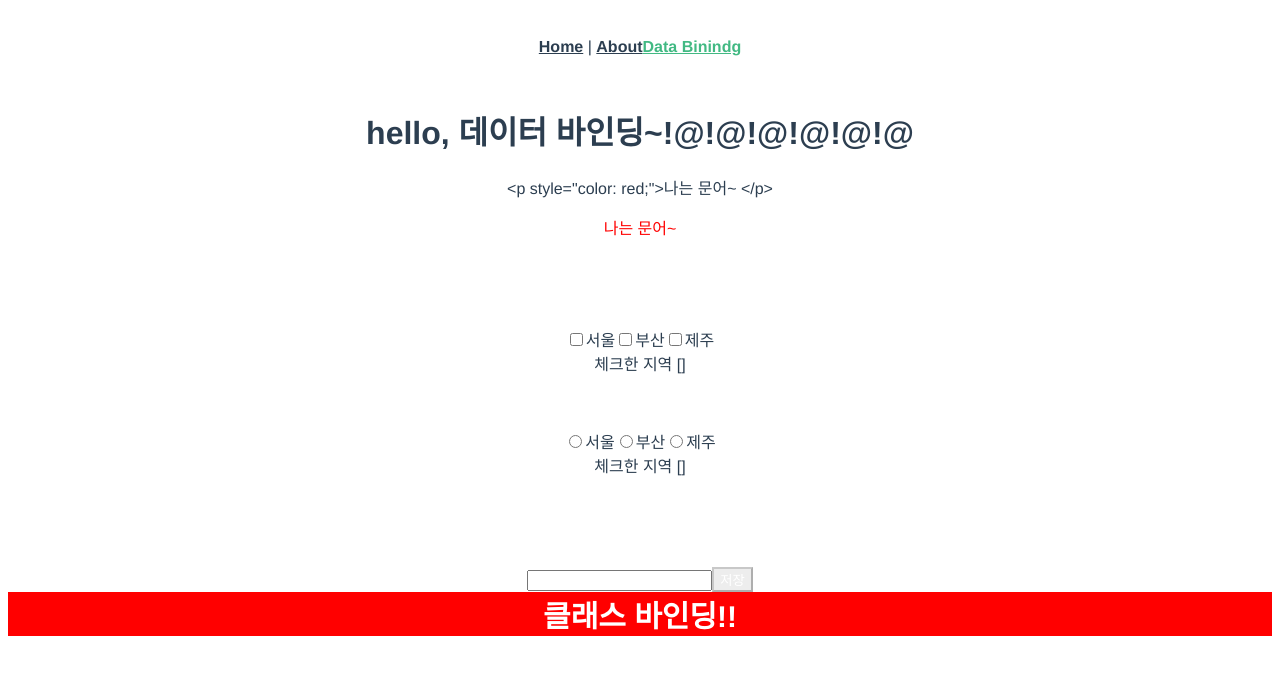
Repository: jang0ha/vue
Page: /databinding
The author's editor kept a copy of each file at every save. The page is drawn from the files as they stood at one save, then again after the next save.
The browser window is 1280 px wide. The pictures show the whole page.
The project was rebuilt for these pictures with package versions that can differ from the ones it lists, and the page was loaded fresh each time. Also part of the build but not shown: vue.config.js, src/components/HelloWorld.vue, src/views/HomeView.vue, src/views/AboutView.vue.

Above is the page before, as saved 2022-04-06 12:32:41.

### src/App.vue
<template>
  <nav>
    <router-link to="/">Home</router-link> |
    <router-link to="/about">About</router-link>
    <router-link to="/databinding">Data Binindg</router-link>
  </nav>
  <router-view/>
</template>

<style>
#app {
  font-family: Avenir, Helvetica, Arial, sans-serif;
  -webkit-font-smoothing: antialiased;
  -moz-osx-font-smoothing: grayscale;
  text-align: center;
  color: #2c3e50;
}

nav {
  padding: 30px;
}

nav a {
  font-weight: bold;
  color: #2c3e50;
}

nav a.router-link-exact-active {
  color: #42b983;
}
</style>

### src/router/index.js
import { createRouter, createWebHistory } from 'vue-router'
import HomeView from '../views/HomeView.vue'
import AboutView from '../views/AboutView.vue'
import DataBinding from '../views/DataBinding.vue'

const routes = [
  {
    path: '/', //브라우저에서 접속하는 url 주소를 정의
    name: 'home',
    component: HomeView // 지정된path로 들어왔을 때 보여줄 vue 컴포넌트 , 앞으로 구현할 vue 파일을 연결하고, 해당파일을 실행
  },
  {
    path: '/about',
    name: 'about',
    // route level code-splitting  >> 라우트 레벨에서 코드를 분할하는 방법
    // this generates a separate chunk (about.[hash].js) for this route  >> 이 라우트에 대한 chunk파일이 분리되어 생성
    // which is lazy-loaded when the route is visited.  >> 이 라우트에 방문했을떄 지연로드 됩니다.
    // component: () => import(
      /* webpackChunkName: "about" */
    //   '../views/AboutView.vue'
    // )
    component: AboutView
  },
  {
    path: '/databinding',
    name: 'DataBinding',
    // route level code-splitting  >> 라우트 레벨에서 코드를 분할하는 방법
    // this generates a separate chunk (about.[hash].js) for this route  >> 이 라우트에 대한 chunk파일이 분리되어 생성
    // which is lazy-loaded when the route is visited.  >> 이 라우트에 방문했을떄 지연로드 됩니다.
    component:DataBinding
  }
]

const router = createRouter({
  history: createWebHistory(process.env.BASE_URL),
  routes
})

export default router

### src/views/DataBinding.vue
<template>
    <h1>hello, {{title}}</h1>

    <div>
        <div>{{htmlString}}</div>
        <div v-html="htmlString"></div>

        <br><br><br><br>

        <label for="1"><input type="checkbox" name="" id="1" v-model="checked" value="서울">서울</label>
        <label for="2"><input type="checkbox" name="" id="2" v-model="checked" value="부산">부산</label>
        <label for="3"><input type="checkbox" name="" id="3" v-model="checked" value="제주">제주</label>
        <br>
        <span>체크한 지역 {{checked}}</span>
        <br><br><br><br>
        <label for="4"><input type="radio" name="" id="4" v-model="picked" value="서울">서울</label>
        <label for="5"><input type="radio" name="" id="5" v-model="picked" value="부산">부산</label>
        <label for="6"><input type="radio" name="" id="6" v-model="picked" value="제주">제주</label>
        <br>
        <span>체크한 지역 {{picked}}</span>
        <br><br><br><br><br><br>
        <input type="text" name="" id="" v-model="textValue">
        <button type="button" style="" v-bind:disabled="textValue==''">저장</button>


        <div class="container" v-bind:class="{'active' : isActive, 'fail': hasError}">
            클래스 바인딩!!
        </div>
    </div>
</template>
<script>
export default {
    data(){ //html과 자바스크립트 코드에서 사용할 데이터 변수 선언
        return {
            title : "데이터 바인딩~!@!@!@!@!@!@ ",
            htmlString:'<p style="color: red;">나는 문어~ </p>',
            checked: [],
            picked:[],
            textValue :"",
            isActive:"true",
            hasError:"false"
        };
    },

}
</script>

<style>
    button{background:#111; color:#fff; outline:0;}
    button:disabled{background:#ededed;}
    .active{
        background:#ededed; color:blue; font-size:30px; font-weight: bold;
    }
    .fail {
        background:red; color:white; font-size:30px;font-weight: bold;
    }
</style>

Loaded but not shown: public/index.html (common file); src/main.js (common file)

After the next save:
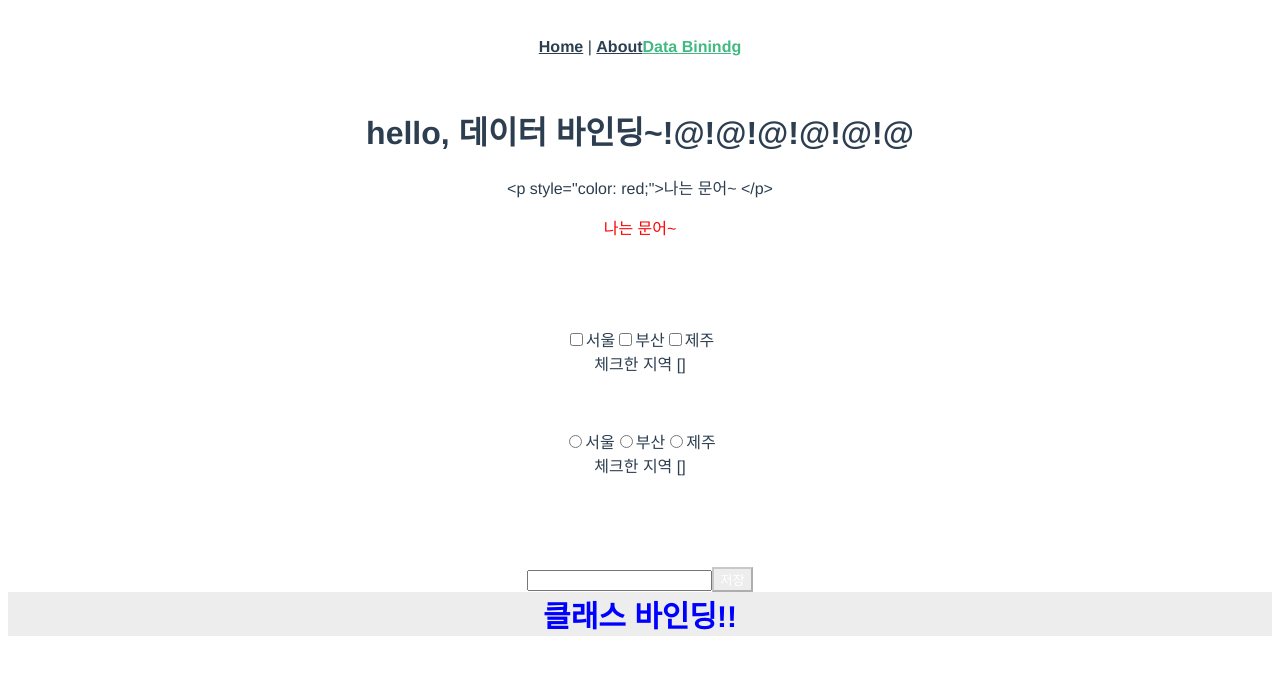
Saved 8 min 3 s later.
--- a/src/views/DataBinding.vue
+++ b/src/views/DataBinding.vue
@@ -23,7 +23,8 @@
         <button type="button" style="" v-bind:disabled="textValue==''">저장</button>
 
 
-        <div class="container" v-bind:class="{'active' : isActive, 'fail': hasError}">
+        <!-- <div class="container" v-bind:class="{'active' : isActive, 'fail': hasError}">클래스 바인딩!!</div> -->
+        <div class="container" v-bind:class="{ active: isActive }"  v-on:click="isActive = !isActive">
             클래스 바인딩!!
         </div>
     </div>
@@ -39,6 +40,7 @@
             textValue :"",
             isActive:"true",
             hasError:"false"
+
         };
     },
 
